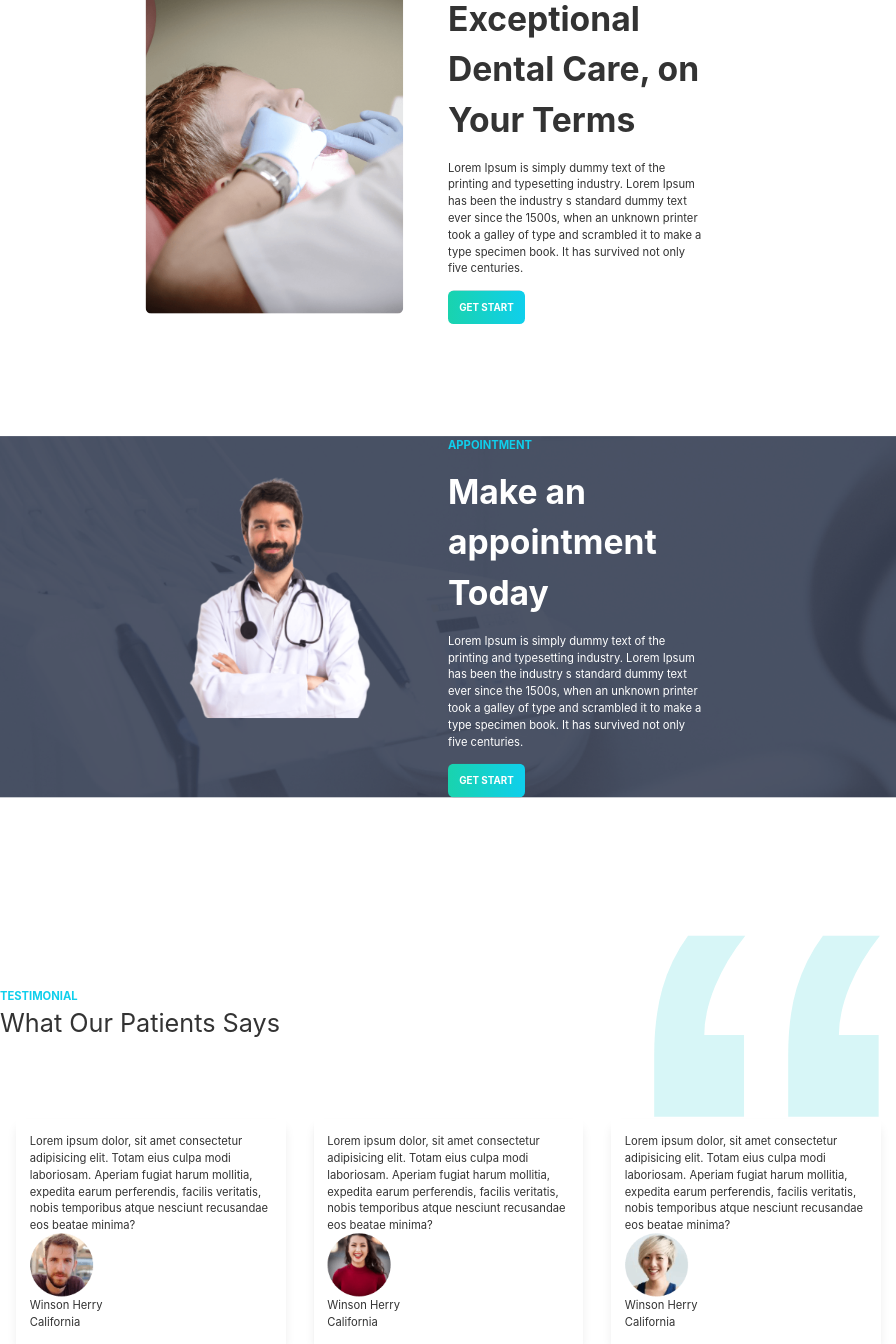
Repository: shikubro90/doctorsportal
Page: /
An editor plug-in stored every save of this project. The page is shown before and after the next save, followed by the edit.
The browser window is 1280 px wide. The pictures show the part of the page from y = 1820 to 3740 px (the page is 3740 px tall), at 70% of full size.
The project was rebuilt for these pictures with package versions that can differ from the ones it lists, and the page was loaded fresh each time. Also part of the build but not shown: src/App.css, src/Pages/About/About.jsx.

Above is the page before, as saved 2022-10-02 10:06:04.

### src/App.js
import { Route, Routes } from 'react-router-dom';
import './App.css';
import About from './Pages/About/About';
import Home from './Pages/Home/Home';
import Navbar from './Shared/Navbar';

function App() {
  return (
    <div className="App">
      <Navbar/>
      <Routes>
        <Route path='/' element={<Home/>}/>
        <Route path='/home' element={<Home/>}/>
        <Route path='/about' element={<About/>}/>
      </Routes>
    </div>
  );
}

export default App;

### src/Pages/Home/Home.jsx
import React from 'react'
import AppointmentSection from './AppointmentSection'
import Banner from './Banner'
import BasicInfo from './BasicInfo'
import ServiceSection from './ServiceSection'
import TestimonialSection from './TestimonialSection'

const Home = () => {
  return (
    <div>
      <Banner />
      <BasicInfo/>
      <ServiceSection/>
      <AppointmentSection/>
      <TestimonialSection/>
    </div>
  )
}

export default Home

### src/Shared/Navbar.jsx
import React from 'react'
import { Link } from 'react-router-dom'

const Navbar = () => {
  return (
    <div className="px-20">
      <div className="navbar bg-base-100">
        <div className="navbar-start">
          <div className="dropdown">
            <label tabIndex={0} className="btn btn-ghost lg:hidden">
              <svg
                xmlns="http://www.w3.org/2000/svg"
                className="h-5 w-5"
                fill="none"
                viewBox="0 0 24 24"
                stroke="currentColor"
              >
                <path
                  strokeLinecap="round"
                  strokeLinejoin="round"
                  strokeWidth="2"
                  d="M4 6h16M4 12h8m-8 6h16"
                />
              </svg>
            </label>
            <ul
              tabIndex={0}
              className="menu menu-compact dropdown-content mt-3 p-2 shadow bg-base-100 rounded-box w-52"
            >
              <li>
                <Link to="/home">Home</Link>
              </li>
              <li>
                <Link to="/about">About</Link>
              </li>
              <li>
                <Link to="/appointment">Appointment</Link>
              </li>
              <li>
                <Link to="/review">Reviews</Link>
              </li>
              <li>
                <Link to="/contact">Contact Us</Link>
              </li>
              <li>
                <Link to="/contact">Login</Link>
              </li>
            </ul>
          </div>
          <Link to="/" className='btn btn-ghost normal-case text-xl'>Doctors Portal</Link>
        </div>

        <div className="navbar-center hidden lg:flex">

          <ul className="menu menu-horizontal p-0 pl-20">
            <li>
              <Link to="/home">Home</Link>
            </li>
            <li>
              <Link to="/about">About</Link>
            </li>
            <li>
              <Link to="/appointment">Appointment</Link>
            </li>
            <li>
              <Link to="/review">Reviews</Link>
            </li>
            <li>
              <Link to="/contact">Contact Us</Link>
            </li>
            <li>
              <Link to="/contact">Login</Link>
            </li>
          </ul>

        </div>

      </div>

    </div>
  )
}

export default Navbar

### src/Pages/Home/AppointmentSection.jsx
import React from 'react'
import AppointmentCard from './AppointmentCard'

import { appointment } from '../../assets/resourse/Resourse.js'

const AppointmentSection = () => {
  return (
    <div>
      {appointment.map(
        ({ id, image, title, desc, style, button_text, shortTitle }) => {
          return (
            <AppointmentCard
              key={id}
              image={image}
              title={title}
              desc={desc}
              style={style}
              button_text={button_text}
              shortTitle={shortTitle}
            />
          )
        },
      )}
    </div>
  )
}

export default AppointmentSection

### src/Pages/Home/Banner.jsx
import React from 'react'
import heroImage from '../../assets/images/chair.png'
import ButtonPrimary from '../../Shared/ButtonPrimary'
import bg from '../../assets/images/bg.png'

function Banner() {
  return (
    <div>
      <div
        className="hero min-h-screen"
        style={{ background: `url(${bg})`, backgroundSize: 'cover' }}
      >
        <div className="hero-content flex flex-col lg:flex-row-reverse">
          <img
            src={heroImage}
            className="max-w-lg rounded-lg shadow-2xl"
            alt="bannerImage"
          />
          <div className="px-6">
            <h1 className="text-5xl font-bold uppercase">
              Your New Smile Starts Here
            </h1>
            <p className="py-6 ">
              Provident cupiditate voluptatem et in. Quaerat fugiat ut assumenda
              excepturi exercitationem quasi. In deleniti eaque aut repudiandae
              et a id nisi.
            </p>
            <ButtonPrimary>{'Get Started'}</ButtonPrimary>
          </div>
        </div>
      </div>
    </div>
  )
}

export default Banner

### src/Pages/Home/BasicInfo.jsx
import MiniCard from './MiniCard'
import { miniCard } from '../../assets/resourse/Resourse.js'

const BasicInfo = () => {
  return (
    <div className="flex items-center justify-center gap-5 px-5">
      {miniCard.map(({ id, icon, title, style, disc }) => {
        return (
          <MiniCard
            key={id}
            icon={icon}
            title={title}
            style={style}
            disc={disc}
          />
        )
      })}
    </div>
  )
}

export default BasicInfo

### src/Pages/Home/ServiceSection.jsx
import MiniServiceCard from './MiniServiceCard'
import { serviceMiniCard } from '../../assets/resourse/Resourse'

const ServiceSection = () => {
  return (
    <div className="serviceWrapp pt-40">
      <div className="flex items-center justify-center flex-col">
        <p className="text-primary font-bold uppercase">Our Service</p>
        <h2 className="text-3xl my-5">Service We Provide</h2>
      </div>
      <div className="flex items-center justify-center px-5 gap-5">
        {serviceMiniCard.map(({ id, icon, title, disc, style }) => {
          return (
            <MiniServiceCard
              key={id}
              icon={icon}
              title={title}
              disc={disc}
              style={style}
            />
          )
        })}
      </div>
    </div>
  )
}

export default ServiceSection

### src/Pages/Home/TestimonialSection.jsx
import React from 'react'
import TestimonialCard from './TestimonialCard'
import quote from '../../assets/icons/quote.svg'
import { testimonial } from '../../assets/resourse/Resourse.js'

const TestimonialSection = () => {
  return (
    <div className="testimonial">
      <div className="testimonialWrap">
        <div className="content">
          <div className="header flex items-center justify-between px-">
            <div className="header_left">
              <div className="shortTitle uppercase text-primary font-bold">
                Testimonial
              </div>
              <div className="text-[36px]">What Our Patients Says</div>
            </div>
            <div className="header_right">
              <img src={quote} alt="quote" />
            </div>
          </div>
          <div className="body flex items-center justify-center gap-10">
            {testimonial.map(({ id, title, image, name, country, desc }) => {
              return (
                <TestimonialCard
                  key={id}
                  title={title}
                  image={image}
                  name={name}
                  country={country}
                  desc={desc}
                />
              )
            })}
          </div>
        </div>
      </div>
    </div>
  )
}

export default TestimonialSection

### src/Pages/Home/AppointmentCard.jsx
import ButtonPrimary from '../../Shared/ButtonPrimary'


const AppointmentCard = (props) => {

  const { image, title, desc, style, button_text, shortTitle } = props

  return (
    <section className={`my-[160px]`} style={{background: `url(${style})`}}>
      <div className={`wrapper flex items-center px-52 ${style}`}>
        <div className="image flex-1">
          <img className={`rounded-lg ${style && "mt-[-60px]"}`} src={image} alt="bannerImage" />
        </div>
        <div className="details flex-1 flex justify-center flex-col px-16 gap-5">
          <div className="shortTitle uppercase text-primary font-bold">{shortTitle}</div>
          <div className={`title font-bold text-[48px] ${style && "text-white"}`}>{title}</div>
          <div className={`desc ${style && "text-white"}`}>{desc}</div>
          <ButtonPrimary>{button_text}</ButtonPrimary>
        </div>
      </div>
    </section>
  )
}

export default AppointmentCard

### src/assets/resourse/Resourse.js
import clock from '../icons/clock.svg'
import marker from '../icons/marker.svg'
import phone from '../icons/phone.svg'

import cavity from '../images/cavity.png'
import fluorid from '../images/fluoride.png'
import whitening from '../images/whitening.png'

import doctor from '../images/doctor-small.png'
import treatment from '../images/treatment.png'

import bgImage from '../images/appointment.png'


import people1 from '../images/people1.png'
import people2 from '../images/people2.png'
import people3 from '../images/people3.png'

export const miniCard = [
  {
    id: 0,
    icon: clock,
    title: 'Opening Hours',
    disc: 'Lorem Ipsum is simply dummy text of the pri',
    style: 'bg-gradient-to-r from-secondary to-primary text-white',
  },

  {
    id: 1,
    icon: marker,
    title: 'Visit our location',
    disc: 'Lorem Ipsum is simply dummy text of the pri',
    style: 'bg-[#3A4256] text-white',
  },

  {
    id: 2,
    icon: phone,
    title: 'Contact us now',
    disc: 'Lorem Ipsum is simply dummy text of the pri',
    style: 'bg-gradient-to-r from-secondary to-primary text-white',
  },
]

export const serviceMiniCard = [
  {
    id: 0,
    icon: cavity,
    title: 'Fluoride Treatment',
    disc:
      'Lorem Ipsum is simply dummy printing and typesetting indust Ipsum has been the',
    style: '',
  },
  {
    id: 1,
    icon: fluorid,
    title: 'Cavity Filling',
    disc:
      'Lorem Ipsum is simply dummy printing and typesetting indust Ipsum has been the',
    style: '',
  },
  {
    id: 2,
    icon: whitening,
    title: 'Teeth Whitening',
    disc:
      'Lorem Ipsum is simply dummy printing and typesetting indust Ipsum has been the',
    style: '',
  },
]

export const appointment = [
  {
    id: 0,
    image: treatment,
    title: 'Exceptional Dental Care, on Your Terms',
    desc:
      'Lorem Ipsum is simply dummy text of the printing and typesetting industry. Lorem Ipsum has been the industry s standard dummy text ever since the 1500s, when an unknown printer took a galley of type and scrambled it to make a type specimen book. It has survived not only five centuries.',
    button_text: 'Get Start',
    style: '',
  },
  {
    id: 1,
    image: doctor,
    shortTitle: 'Appointment',
    title: 'Make an appointment Today',
    desc:
      'Lorem Ipsum is simply dummy text of the printing and typesetting industry. Lorem Ipsum has been the industry s standard dummy text ever since the 1500s, when an unknown printer took a galley of type and scrambled it to make a type specimen book. It has survived not only five centuries.',
    button_text: 'Get Start',
    style: bgImage,
  },
]

export const testimonial = [
    {
        id : 0,
        desc : "Lorem ipsum dolor, sit amet consectetur adipisicing elit. Totam eius culpa modi laboriosam. Aperiam fugiat harum mollitia, expedita earum perferendis, facilis veritatis, nobis temporibus atque nesciunt recusandae eos beatae minima?",
        image : people1,
        name : "Winson Herry",
        country : "California"
    },
    {
        id : 1,
        desc : "Lorem ipsum dolor, sit amet consectetur adipisicing elit. Totam eius culpa modi laboriosam. Aperiam fugiat harum mollitia, expedita earum perferendis, facilis veritatis, nobis temporibus atque nesciunt recusandae eos beatae minima?",
        image : people2,
        name : "Winson Herry",
        country : "California"
    },
    {
        id : 2,
        desc : "Lorem ipsum dolor, sit amet consectetur adipisicing elit. Totam eius culpa modi laboriosam. Aperiam fugiat harum mollitia, expedita earum perferendis, facilis veritatis, nobis temporibus atque nesciunt recusandae eos beatae minima?",
        image : people3,
        name : "Winson Herry",
        country : "California"
    },
]

### src/Shared/ButtonPrimary.jsx
function ButtonPrimary({ children }) {

  return (
    <div>
      <button className={`btn bg-gradient-to-r from-secondary to-primary border-none font-bold text-white`}>
        {children}
      </button>
    </div>
  )
}

export default ButtonPrimary

### src/Pages/Home/MiniCard.jsx
const MiniCard = (props) => {
  const { icon, title, style, disc } = props
  return (
    <div
      className={`card card-side bg-base-100 shadow-xl flex items-center justify-center px-4 ${style}`}
    >
      <div className="">
        <img src={icon} alt="icon" />
      </div>
      <div className="card-body">
        <h2 className="card-title">{title}</h2>
        <p>{disc}</p>
      </div>
    </div>
  )
}

export default MiniCard

### src/Pages/Home/MiniServiceCard.jsx
const MiniServiceCard = (props) => {
  const { icon, title, disc } = props
  return (
    <div className="cardWrapper flex flex-col items-center justify-center p-6 py-20  gap-5 shadow-lg rounded-lg">
      <div className="icon">
        <img src={icon} alt="" />
      </div>
      <div className="title">{title}</div>
      <div className="desc text-center px-16">{disc}</div>
    </div>
  )
}

export default MiniServiceCard

### src/Pages/Home/TestimonialCard.jsx
import React from 'react'

const TestimonialCard = (props) => {
    const {desc,image, name, country} = props
  return (
    <div className='mainCard w-[385px] shadow-lg p-5'>
        <div className="CardBody flex flex-col">
            <div className="desc">
                <p>{desc}</p>
            </div>
            <div className="bio">
                <img src={image} alt="" />
                <div className="info">
                    <h4>{name}</h4>
                    <p>{country}</p>
                </div>
            </div>
        </div>
    </div>
  )
}

export default TestimonialCard

### tailwind.config.js
/** @type {import('tailwindcss').Config} */

module.exports = {
  content: ['./src/**/*.{js,jsx,ts,tsx}'],
  theme: {},
  daisyui: {
    themes: [
      {
        doctorstheme: {
          primary: '#0FCFEC',
          secondary: '#19D3AE',
          accent: '#3A4256',
          neutral: '#3d4451',
          'base-100': '#ffffff',
        },
      },
      'light',
      'cupcake',
    ],
  },
  plugins: [require('daisyui')],
}

Loaded but not shown: public/index.html (common file); src/index.js (common file); src/index.css (common file); src/reportWebVitals.js (common file)

After the next save:
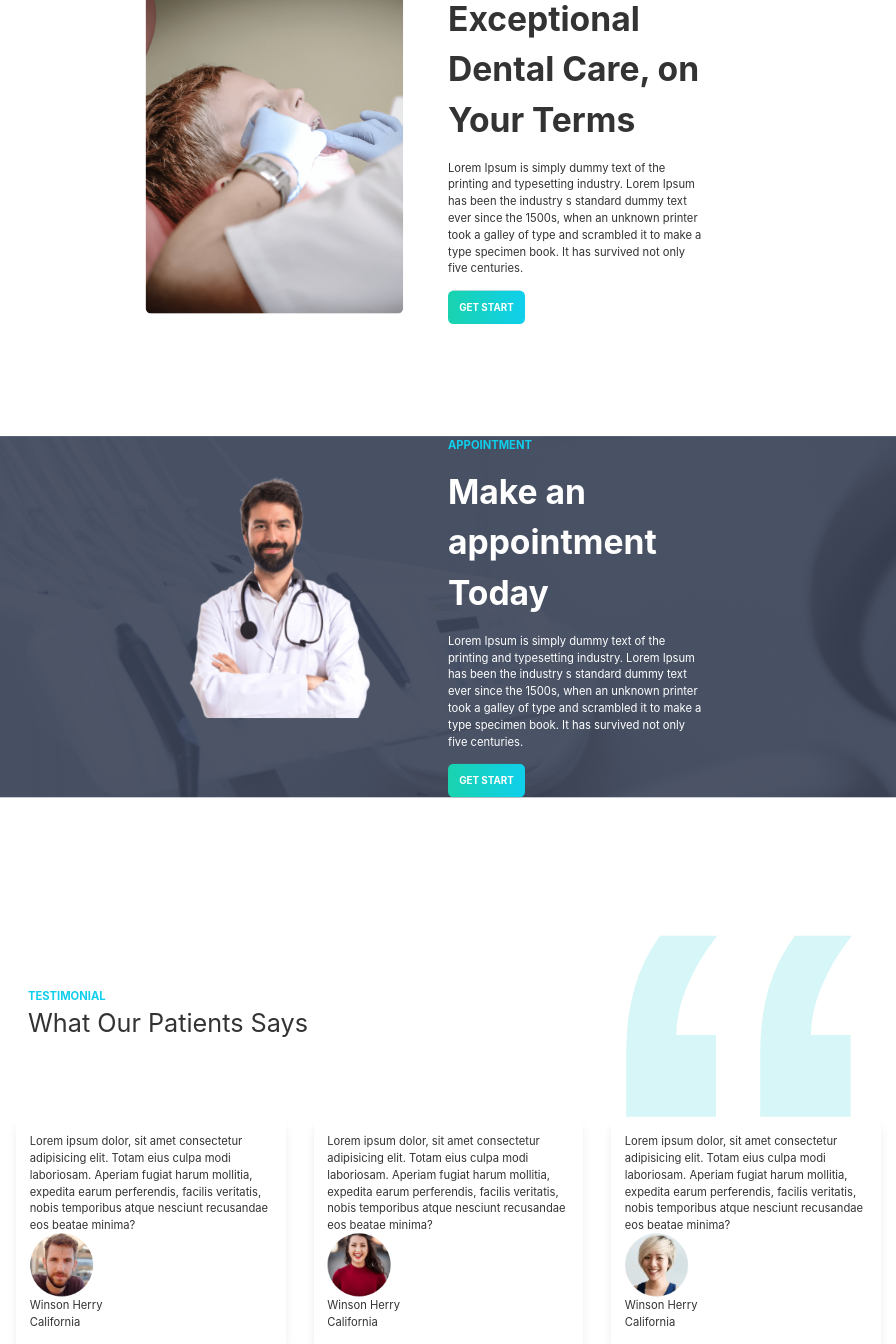
Saved 4 s later.
--- a/src/Pages/Home/TestimonialSection.jsx
+++ b/src/Pages/Home/TestimonialSection.jsx
@@ -8,7 +8,7 @@ const TestimonialSection = () => {
     <div className="testimonial">
       <div className="testimonialWrap">
         <div className="content">
-          <div className="header flex items-center justify-between px-">
+          <div className="header flex items-center justify-between px-10">
             <div className="header_left">
               <div className="shortTitle uppercase text-primary font-bold">
                 Testimonial
